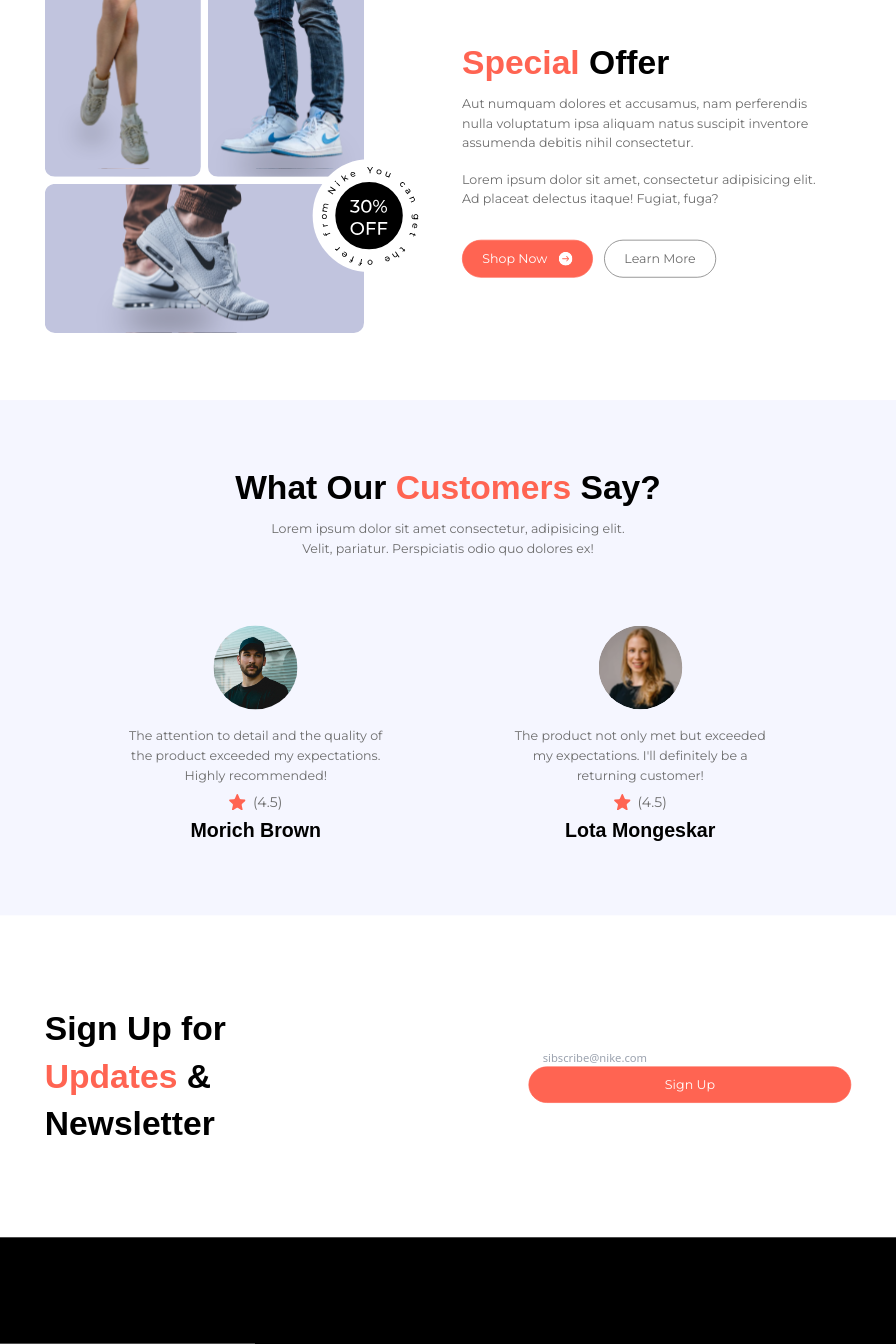
Repository: tynoschuck/nike-landpage
Page: /
These files come from the project's save history. The page is drawn as it stood at one moment and after the next save; the edit follows.
The browser window is 1280 px wide. The pictures show the part of the page from y = 2861 to 4781 px (the page is 4781 px tall), at 70% of full size.
Some web fonts or font styles are not loaded; a fallback is used. The project was rebuilt for these pictures with package versions that can differ from the ones it lists, and the page was loaded fresh each time. Also part of the build but not shown: vite.config.js.

Above is the page before, as saved 2023-12-01 14:15:09.

After the next save:
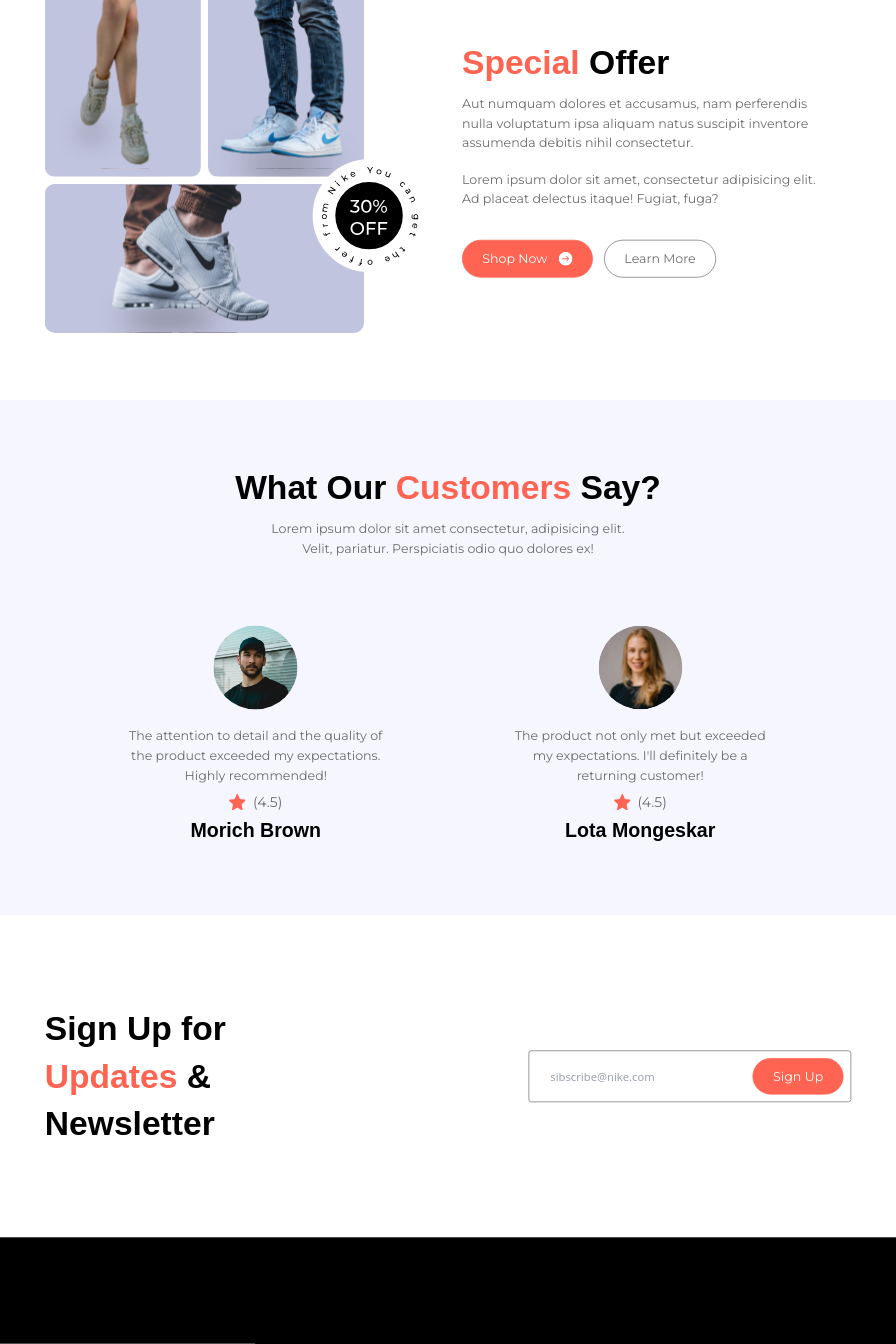
Saved 93 s later.
--- a/src/sections/Subscribe.jsx
+++ b/src/sections/Subscribe.jsx
@@ -7,7 +7,7 @@
       id="contact-us"
     >
       <h3 className="text-4xl leading-[68px] lg:max-w-md font-palanquin font-bold">Sign Up for <span className="text-coral-red">Updates</span> & Newsletter</h3>
-      <div className="lg:max-w-[40%] w-full">
+      <div className="lg:max-w-[40%] w-full flex items-center max-sm:flex-col gap-5 p-2.5 sm:border sm:border-slate-gray rounded">
         <input type="text" placeholder="sibscribe@nike.com" className="input" />
         <div className="flex max-sm:justify-end items-center max-sm:w-full">
           <Button label='Sign Up' fullWidth/>
